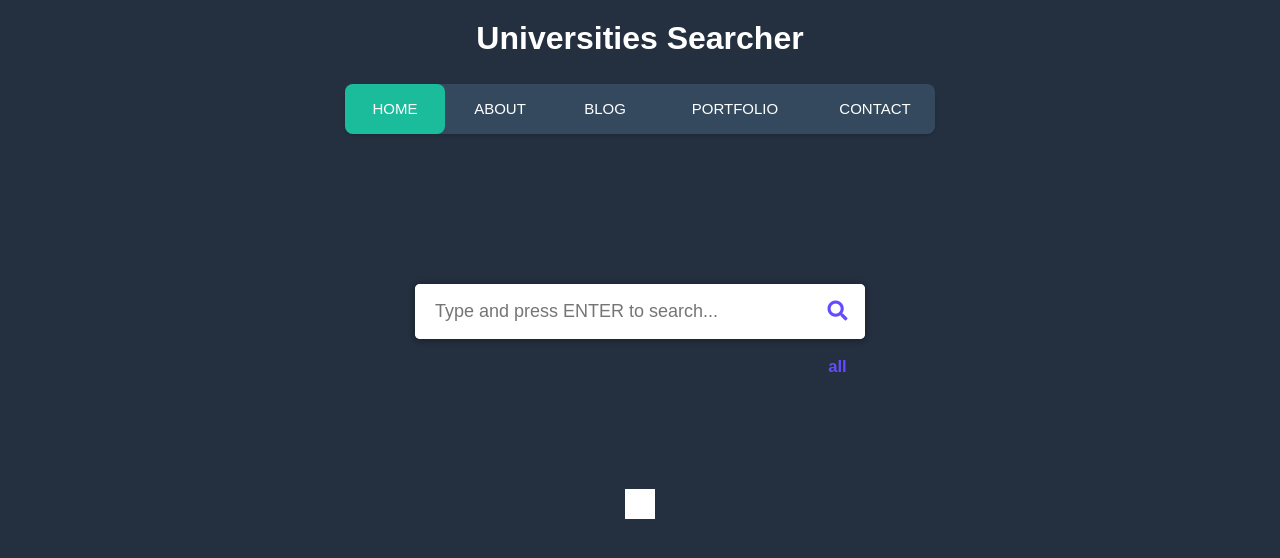
Repository: tommydj9/uni
Page: web/src/index.html
These files come from the project's save history. The page is drawn as it stood at one moment and after the next save; the edit follows.
The browser window is 1280 px wide. The pictures show the whole page.
The page's requests for data from a server got no answer.

Above is the page before, as saved 2022-07-19 14:42:31.
Console error: ReferenceError: $ is not defined

### web/src/index.html
<!DOCTYPE html>
<html lang="en">

<head>
    <meta charset="UTF-8">
    <meta http-equiv="X-UA-Compatible" content="IE=edge">
    <meta name="viewport" content="width=device-width, initial-scale=1.0">
    <title>Uni</title>
    <link rel="stylesheet" href="style.css">
    <meta name="viewport" content="width=device-width, initial-scale=1.0">
    <link rel="stylesheet" href="https://cdnjs.cloudflare.com/ajax/libs/font-awesome/5.15.3/css/all.min.css" />
    <script language="JavaScript" type="index.js/JavaScript"></script>

</head>

<body>



    <div id="title">
        <h1>Universities Searcher</h1>
    </div>





    <header>
        <div id="nav" class="container">

            <h1 class="logo"></h1>


            <nav>
                <a href="#pagina2">Home</a>
                <a href="#">About</a>
                <a href="#">Blog</a>
                <a href="#">Portfolio</a>
                <a href="#">Contact</a>
                <div class="animation start-home"></div>
            </nav>


        </div>
    </header>


    <div class="wrapper">
        <div class="search-input">
            <input id="search-input-text" type="text" onkeyup=" onSearchInputKeyUp(event)"
                placeholder="Type and press ENTER to search...">
            <div class="icon">
                <i class="fas fa-search"></i>
                <h5 id="allBtn">all</h5>
            </div>

        </div>

    </div>




    <div id="universities">
        <!-- Ogni università sarà fatta così, ma le creiamo in JS
        <div class="university">
            <h2>Uni 1</h2>
            <img src="https://upload.wikimedia.org/wikipedia/it/b/be/Logo_Politecnico_Milano.png">
            <p>asdasdasdasdas</p>
        </div>
        -->




    </div>
    <div id="loader-wrapper">
        <span class="loader"><span class="loader-inner"></span></span>
    </div>







    <script src="https://cdn.jsdelivr.net/npm/axios/dist/axios.min.js"></script>
    <script src="index.js"></script>
</body>

</html>

### web/src/style.css
body {
  text-align: center;
  font-family: 'Segoe UI', Tahoma, Geneva, Verdana, sans-serif;
  background: #644bff;
  color: white;
  padding: 20px;
}

a {
  text-decoration: none;
}

@import url('https://fonts.googleapis.com/css2?family=Poppins:wght@200;300;400;500;600;700&display=swap');

* {
  margin: 0;
  padding: 0;
  box-sizing: border-box;
  font-family: 'Poppins', sans-serif;
}


::selection {
  color: #fff;
  background: #664AFF;
}

.wrapper {
  max-width: 450px;
  margin: 150px auto;
}

.wrapper .search-input {
  background: #fff;
  width: 100%;
  border-radius: 5px;
  position: relative;
  box-shadow: 0px 1px 5px 3px rgba(0, 0, 0, 0.12);
}

.search-input input {
  height: 55px;
  width: 100%;
  outline: none;
  border: none;
  border-radius: 5px;
  padding: 0 60px 0 20px;
  font-size: 18px;
  box-shadow: 0px 1px 5px rgba(0, 0, 0, 0.1);
}

.search-input.active input {
  border-radius: 5px 5px 0 0;
}

.search-input .autocom-box {
  padding: 0;
  opacity: 0;
  pointer-events: none;
  max-height: 280px;
  overflow-y: auto;
}

.search-input.active .autocom-box {
  padding: 10px 8px;
  opacity: 1;
  pointer-events: auto;
}

.autocom-box li {
  list-style: none;
  padding: 8px 12px;
  display: none;
  width: 100%;
  cursor: default;
  border-radius: 3px;
}

.search-input.active .autocom-box li {
  display: block;
}

.autocom-box li:hover {
  background: #efefef;
}

.search-input .icon {
  position: absolute;
  right: 0px;
  top: 0px;
  height: 55px;
  width: 55px;
  text-align: center;
  line-height: 55px;
  font-size: 20px;
  color: #644bff;
  cursor: pointer;
}

@import url('https://fonts.googleapis.com/css?family=Open+Sans&display=swap');

body {
  font-family: 'Open Sans', sans-serif;
  background: #2c3e50;
}

nav {
  position: relative;
  margin: 27px auto 0;
  width: 590px;
  height: 50px;
  background: #34495e;
  border-radius: 8px;
  font-size: 0;
  box-shadow: 0 2px 3px 0 rgba(0, 0, 0, .1);
}

nav a {
  font-size: 15px;
  text-transform: uppercase;
  color: white;
  text-decoration: none;
  line-height: 50px;
  position: relative;
  z-index: 1;
  display: inline-block;
  text-align: center;
}

nav .animation {
  position: absolute;
  height: 100%;
  /* height: 5px; */
  top: 0;
  /* bottom: 0; */
  z-index: 0;
  background: #1abc9c;
  border-radius: 8px;
  transition: all .5s ease 0s;
}

nav a:nth-child(1) {
  width: 100px;
}

nav .start-home,
a:nth-child(1):hover~.animation {
  width: 100px;
  left: 0;
}

nav a:nth-child(2) {
  width: 110px;
}

nav .start-about,
a:nth-child(2):hover~.animation {
  width: 110px;
  left: 100px;
}

nav a:nth-child(3) {
  width: 100px;
}

nav .start-Pricing,
a:nth-child(3):hover~.animation {
  width: 100px;
  left: 210px;
}

nav a:nth-child(4) {
  width: 160px;
}

nav .start-contact,
a:nth-child(4):hover~.animation {
  width: 160px;
  left: 310px;
}

nav a:nth-child(5) {
  width: 120px;
}

nav .start-Portfolio,
a:nth-child(5):hover~.animation {
  width: 120px;
  left: 470px;
}

#universities {
  max-width: 1650px;
  margin: 0 auto;
}

.university {
  margin: 20px;
  padding: 15px;
  background-color: white;
  border-radius: 20px;
  display: inline-block;
  width: 500px;
  height: 400px;
  text-align: center;
  cursor: pointer;
}

.university img {
  height: 300px;
  padding-top: 15px;
  padding-bottom: 15px;
  box-shadow: #34495e;
}

body,
html {
  height: 100%;
  text-align: center;
}

body {
  background-color: #242F3F;
}

.loader {
  display: inline-block;
  width: 30px;
  height: 30px;
  position: relative;
  border: 4px solid #Fff;
  top: 50%;
  animation: loader 2s infinite ease;
}

.loader-inner {
  vertical-align: top;
  display: inline-block;
  width: 100%;
  background-color: #fff;
  animation: loader-inner 2s infinite ease-in;
}

.allBtn {
  display: flex;
  flex-direction: row;
  position: absolute;
  right: 100px;
}

@keyframes loader {
  0% {
    transform: rotate(0deg);
  }

  25% {
    transform: rotate(180deg);
  }

  50% {
    transform: rotate(180deg);
  }

  75% {
    transform: rotate(360deg);
  }

  100% {
    transform: rotate(360deg);
  }
}

@keyframes loader-inner {
  0% {
    height: 0%;
  }

  25% {
    height: 0%;
  }

  50% {
    height: 100%;
  }

  75% {
    height: 100%;
  }

  100% {
    height: 0%;
  }
}

### web/src/index.js


const serverAddress = 'http://127.0.0.1:5000' // 127.0.0.1 è in HTTP l'indirizzo locale
// Cioè localhost
// Cioè, il tuo computer
// Ci va bene solo finché siamo in fase di sviluppo e lavoriamo sul nostro computer.
function getUniversities() {



    const searchInput = document.getElementById('search-input-text').value;


    axios.get(serverAddress + `/universities?search=${searchInput}`)
        .then(function (response) {
            // handle success

            const listOfUniversities = response.data.universities;

            document.getElementById("universities").replaceChildren([]);

            for (let i = 0; i < 10; i++) {

                const university = listOfUniversities[i]
                const universityNode = document.createElement('div');
                const universityTitleNode = document.createElement('h2');
                const universityImageNode = document.createElement('img');
                const universityDescriptionNode = document.createElement('p');
                universityTitleNode.innerText = university.name;
                universityImageNode.src = university.imgSrc;
                universityDescriptionNode.innerText = university.description;
                universityNode.classList.add('university');
                universityNode.appendChild(universityTitleNode);
                universityNode.appendChild(universityImageNode);
                universityNode.appendChild(universityDescriptionNode);

                document.getElementById("universities").appendChild(universityNode);

            }

            let btnAll = document.getElementById('allBtn');


            btnAll.addEventListener('click', function all() {

                document.getElementById("universities").replaceChildren([]);

                console.log(listOfUniversities.length);



                for (let i = 0; i < 19590; i++) {

                    const university = listOfUniversities[i]
                    const universityNode = document.createElement('div');
                    const universityTitleNode = document.createElement('h2');
                    const universityImageNode = document.createElement('img');
                    const universityDescriptionNode = document.createElement('p');
                    universityTitleNode.innerText = university.name;
                    universityImageNode.src = university.imgSrc;
                    universityDescriptionNode.innerText = university.description;
                    universityNode.classList.add('university');
                    universityNode.appendChild(universityTitleNode);
                    universityNode.appendChild(universityImageNode);
                    universityNode.appendChild(universityDescriptionNode);

                    document.getElementById("universities").appendChild(universityNode);
                }

            });
        })
        .catch(function (error) {
            // handle error
            console.log(error);
        })
}

function onSearchInputKeyUp(e) {



    if (e.key === 'Enter') {
        getUniversities();
    }



    if (e.key.value === 'ciao') {
        alert('ciao');
    }


    if (e.key.value === 'ciao') {
        getUniversities();
    }

}



function onLoad() {
    // Quello che vogliamo che succeda non appena la pagina ha finito di caricare la prima volta.
    getUniversities();
    let load = document.getElementById('');
}

window.onload = onLoad;


$(window).on("load", function () {
    $(".loader-wrapper").fadeOut("slow");
})

After the next save:
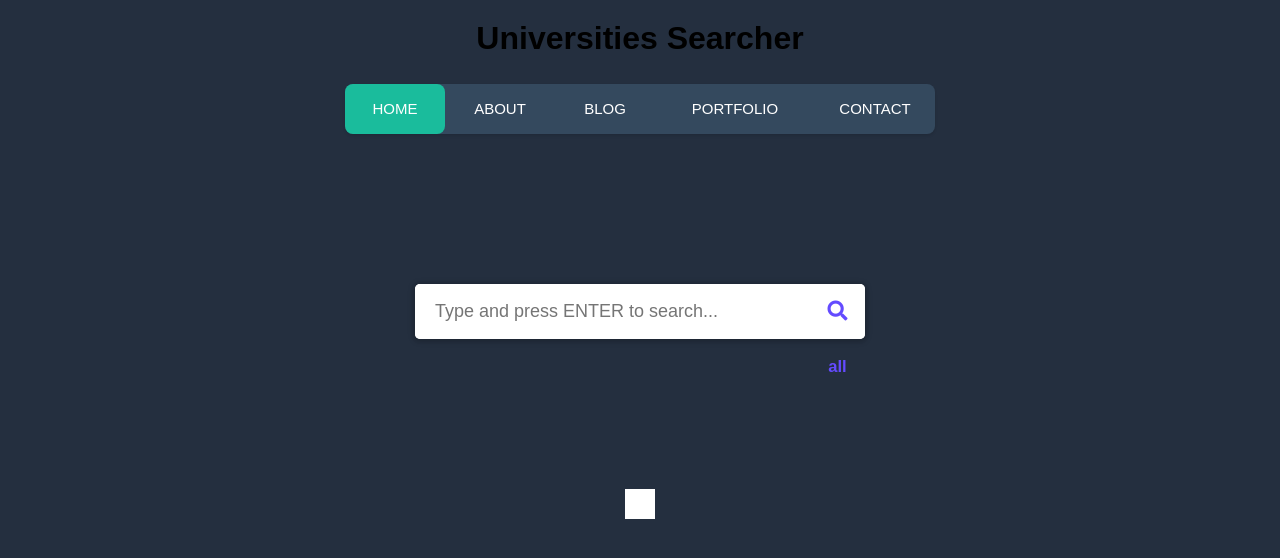
Saved 39 s later.
--- a/web/src/style.css
+++ b/web/src/style.css
@@ -2,7 +2,7 @@ body {
   text-align: center;
   font-family: 'Segoe UI', Tahoma, Geneva, Verdana, sans-serif;
   background: #644bff;
-  color: white;
+  color: rgb(0, 0, 0);
   padding: 20px;
 }
 
